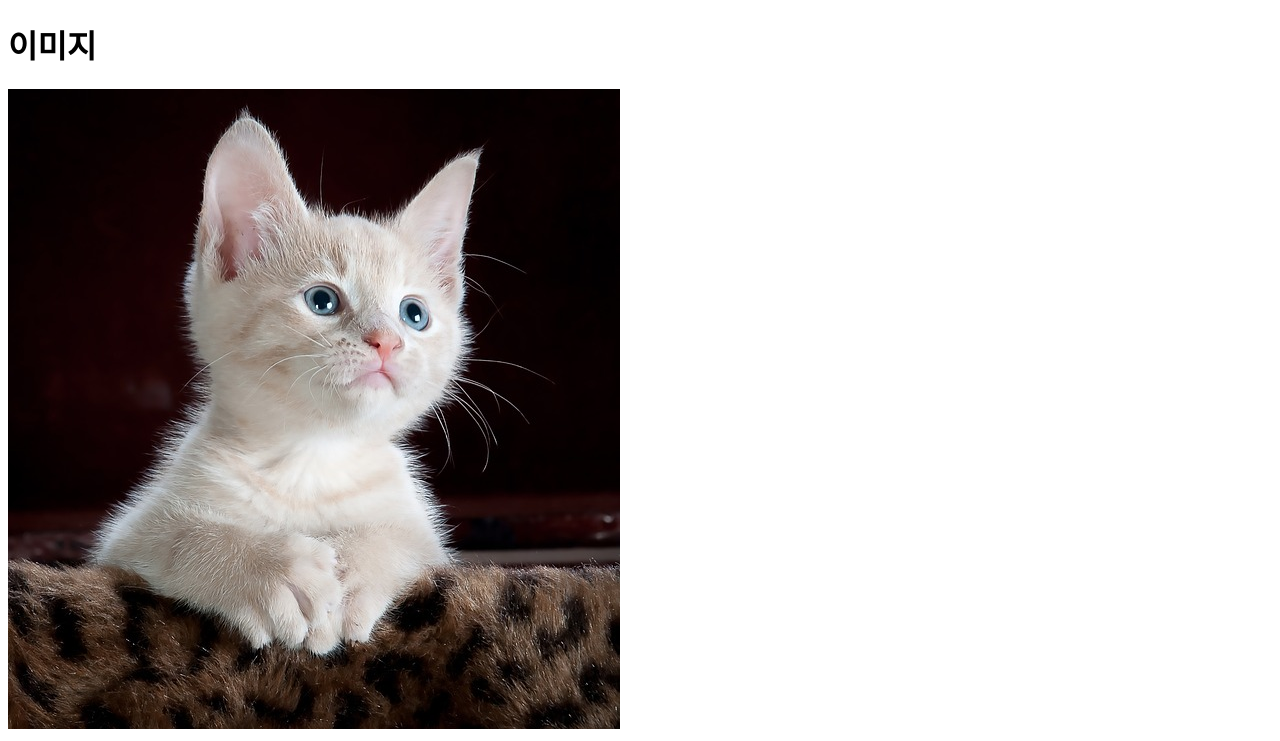
Repository: heoSuKyeong/client_Ssanyong
Page: ClientTest/src/main/webapp/html/ex13_image.html
These files come from the project's save history. The page is drawn as it stood at one moment and after the next save; the edit follows.
The browser window is 1280 px wide. The pictures show the whole page.

Above is the page before, as saved 2023-09-20 07:15:16.

After the next save:
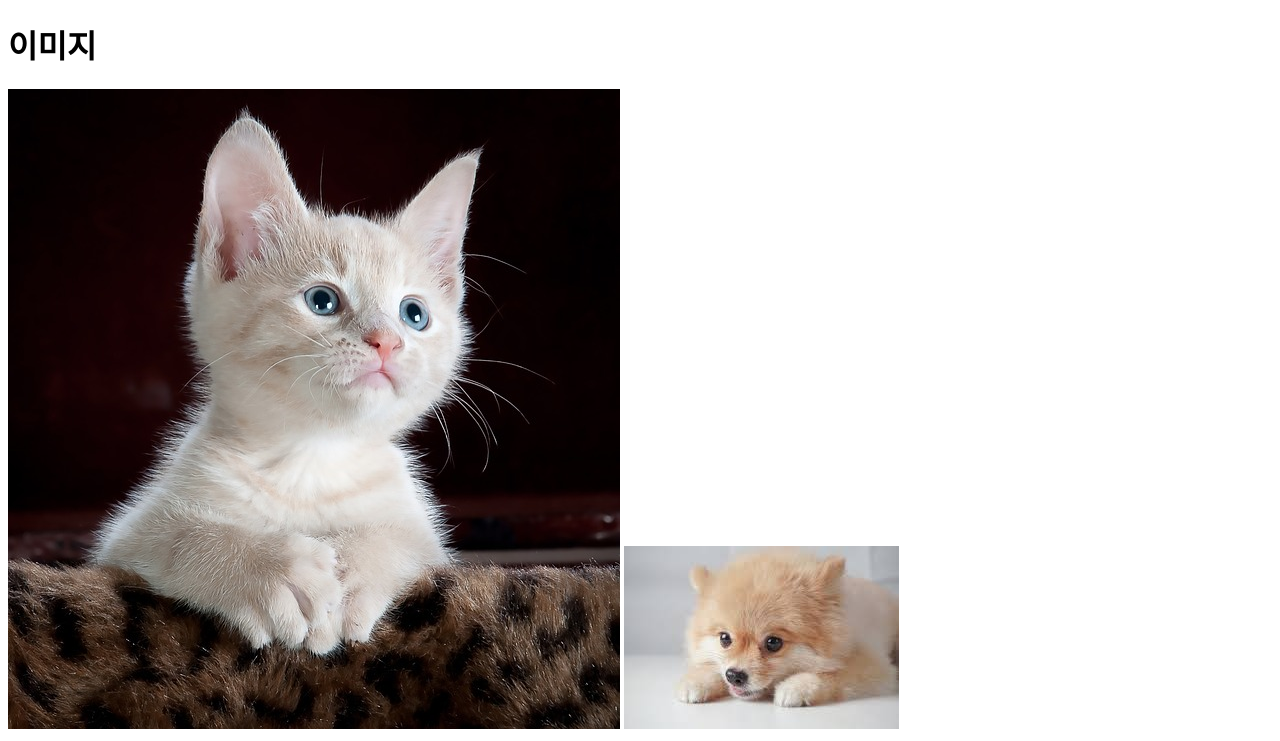
Saved 32 s later.
--- a/ClientTest/src/main/webapp/html/ex13_image.html
+++ b/ClientTest/src/main/webapp/html/ex13_image.html
@@ -8,5 +8,6 @@
 
 	<h1>이미지</h1>
 	<img src="images/cat.jpg">
+	<img src="images/dog.jpg">
 </body>
 </html>
